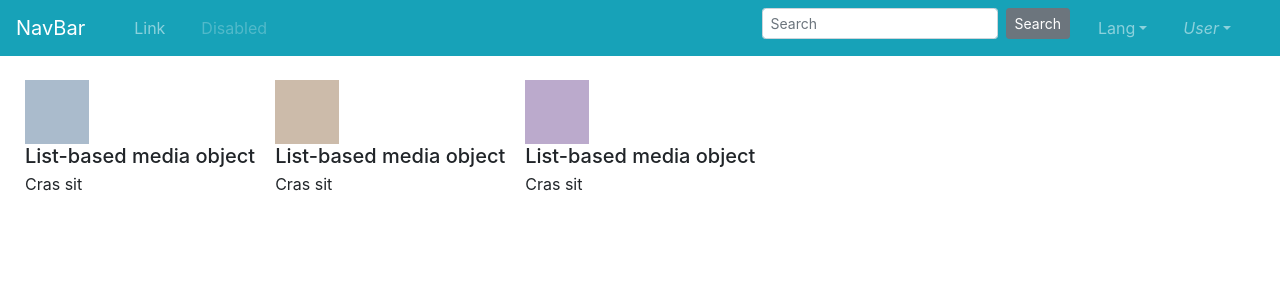
Repository: Funnyrz/vue-nav
Page: /
An editor plug-in stored every save of this project. The page is shown before and after the next save, followed by the edit.
The browser window is 1280 px wide. The pictures show the whole page.
The project was rebuilt for these pictures with package versions that can differ from the ones it lists, and the page was loaded fresh each time.

Above is the page before, as saved 2020-08-24 22:48:59.

After the next save:
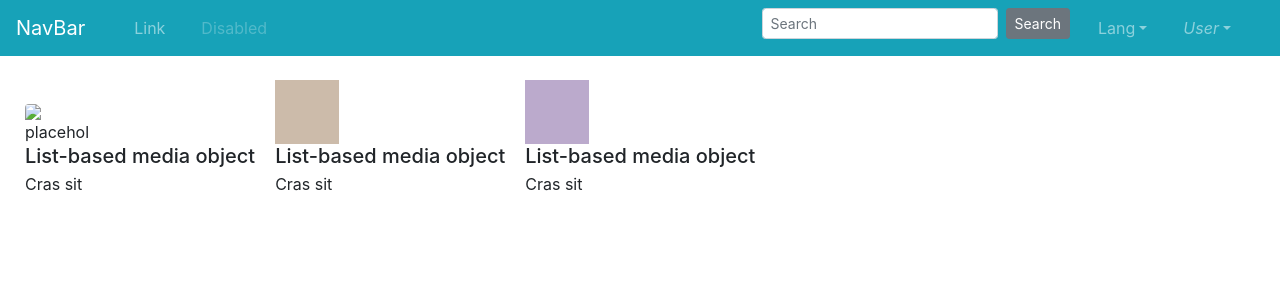
Saved 93 s later.
--- a/src/components/HelloWorld.vue
+++ b/src/components/HelloWorld.vue
@@ -44,7 +44,7 @@
           <ul class="list-unstyled">
             <b-media tag="li">
               <template v-slot:aside>
-                <b-img blank blank-color="#abc" width="64" alt="placeholder"></b-img>
+                <b-img rounded blank-color="#abc" width="64" alt="placeholder"></b-img>
               </template>
               <h5 class="mt-0 mb-1">List-based media object</h5>
               <p class="mb-0">Cras sit</p>

After the save that followed:
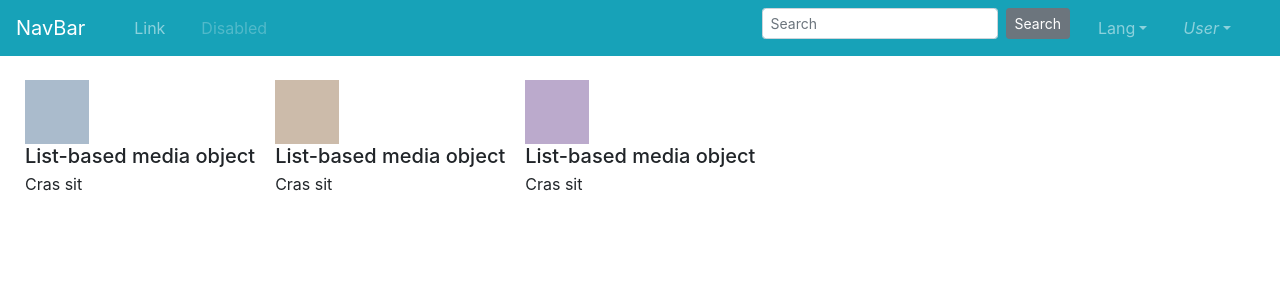
Saved 7 s later.
--- a/src/components/HelloWorld.vue
+++ b/src/components/HelloWorld.vue
@@ -44,7 +44,7 @@
           <ul class="list-unstyled">
             <b-media tag="li">
               <template v-slot:aside>
-                <b-img rounded blank-color="#abc" width="64" alt="placeholder"></b-img>
+                <b-img blank blank-color="#abc" width="64" alt="placeholder"></b-img>
               </template>
               <h5 class="mt-0 mb-1">List-based media object</h5>
               <p class="mb-0">Cras sit</p>
